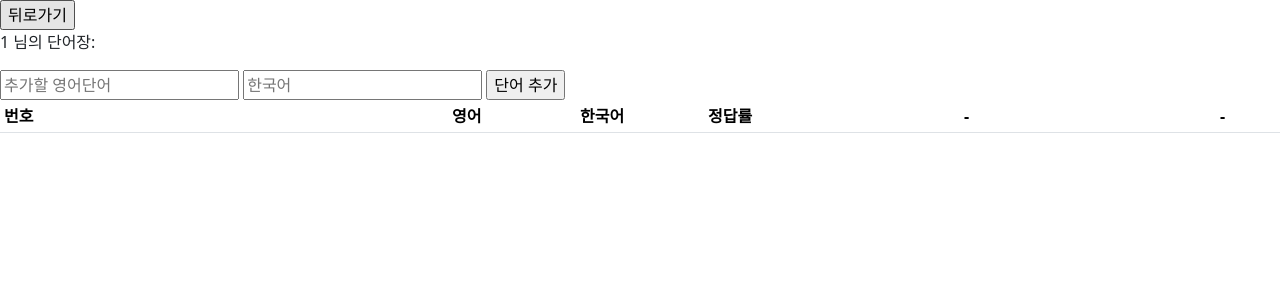
Repository: kokoko12334/myvocab-toy
Page: http://localhost/myVocabularyList/detail
An editor plug-in stored every save of this project. The page is shown before and after the next save, followed by the edit.
The browser window is 1280 px wide. The pictures show the whole page.
The page is served by Tomcat 9. The session is filled in as if someone had signed in: {"id": 1, "pwd": 1, "list": 1}. Queries for data that is not in the repository find no rows.

Above is the page before, as saved 2023-04-06 15:29:42.

After the next save:
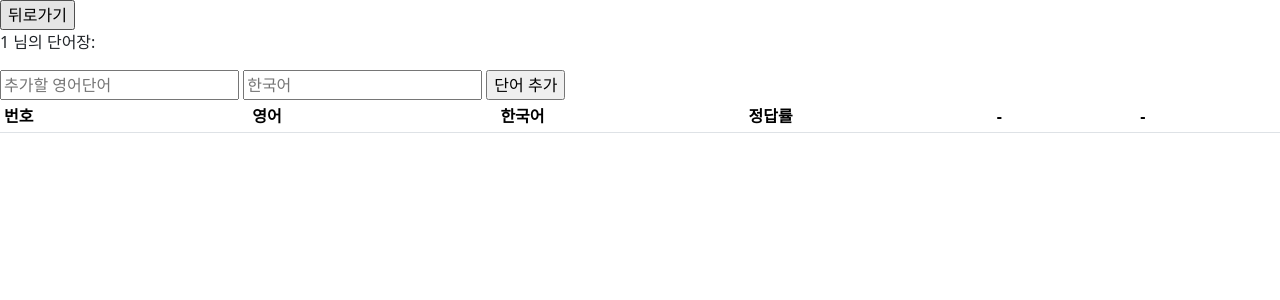
Saved 21 s later.
--- a/myVocabularyList/src/main/webapp/WEB-INF/views/myvocabulary/detail.jsp
+++ b/myVocabularyList/src/main/webapp/WEB-INF/views/myvocabulary/detail.jsp
@@ -28,11 +28,11 @@
 	<table class="table table-sm">
 		<colgroup>
             <col width=5px>
-            <col width=10%>
-            <col width=10%>
-            <col width=20%>
-            <col width=20%>
-            <col width=5%>
+            <col width=5px>
+            <col width=5px>
+            <col width=5px>
+            <col width=5px>
+            <col width=5px>
         </colgroup>
 		<tr>
 			<th>번호</th>
